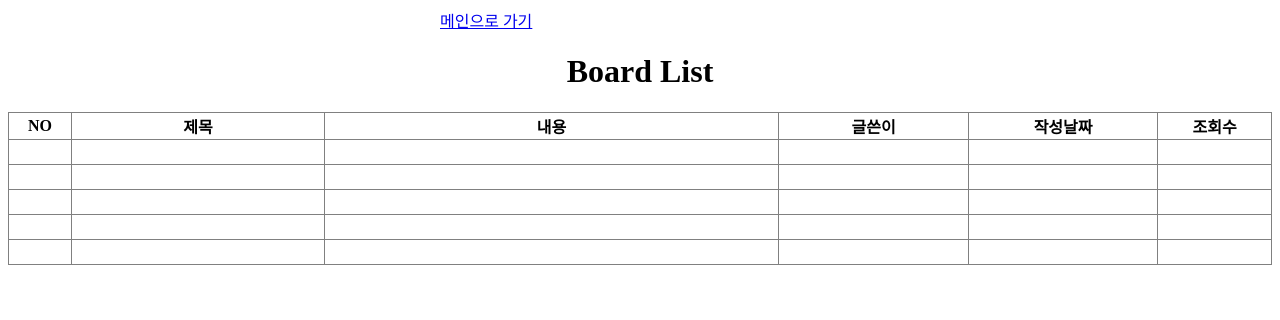
Repository: ByeonYJ/CSSTest
Page: GMSUI/WebContent/board/board_list.html
An editor plug-in stored every save of this project. The page is shown before and after the next save, followed by the edit.
The browser window is 1280 px wide. The pictures show the whole page.

Above is the page before, as saved 2017-07-20 05:33:46.

### GMSUI/WebContent/board/board_list.html
<!DOCTYPE html>
<html>
<head>
<meta charset="UTF-8">
<title>Insert title here</title>
<style>
.text-center{text-align: center;}
.border-black{border: 1px solid black;}
.width-30pro{width:30%}
.text-deco-none{text-decoration: none;}
.table-border{border-collapse: collapse;}
.margin-auto{margin:0 auto;}
.list-none{list-style-type:none;}
.inline-block{display:inline-block}
.bgcolor-yellow{background-color:yellow;}
.bgcolor-red{background-color:red;}
.bgcolor-blue{background-color:blue;}
</style>
</head>
<body>
<div id="container" class="margin-auto" style=" width: 400px">
<a href="..index.html"class="float-right">메인으로 가기</a><br/>
</div>
<h1 class="text-center">Board List</h1>
	<table border=1 class="table-border" style="width: 100%">
		<tr style="height: 25px;">
			<th class="text-center" style="width: 5%">NO</th>
			<th class="text-center" style="width: 20%">제목</th>
			<th class="text-center" style="width: 36%">내용</th>
			<th class="text-center" style="width: 15%">글쓴이</th>
			<th class="text-center" style="width: 15%">작성날짜</th>
			<th class="text-center" style="width: 9%">조회수</th>
		</tr>
		<tr style="height: 25px;">
			<td></td>
			<td></td>
			<td></td>
			<td></td>
			<td></td>
			<td></td>
		</tr>
		<tr style="height: 25px;">
			<td></td>
			<td></td>
			<td></td>
			<td></td>
			<td></td>
			<td></td>
		</tr>
		<tr style="height: 25px;">
			<td></td>
			<td></td>
			<td></td>
			<td></td>
			<td></td>
			<td></td>
		</tr>
		<tr style="height: 25px;">
			<td></td>
			<td></td>
			<td></td>
			<td></td>
			<td></td>
			<td></td>
		</tr >
		<tr style="height: 25px;">
			<td></td>
			<td></td>
			<td></td>
			<td></td>
			<td></td>
			<td></td>
		</tr>
	</table>
</body>
</html>

### GMSUI/WebContent/css/common.css
@CHARSET "UTF-8";
.gms-text-center{text-align: center;}
.gms-border-black{border: 1px solid black;}
.gms-width-30pro{width:30%}
.gms-text-deco-none{text-decoration: none;}
.gms-table-border{border-collapse: collapse;}
.gms-margin-auto{margin:0 auto;}
.gms-list-none{list-style-type:none;}
.gms-inline-block{display:inline-block}
.gms-bgcolor-yellow{background-color:yellow;}
.gms-bgcolor-red{background-color:red;}
.gms-bgcolor-blue{background-color:blue;}

After the next save:
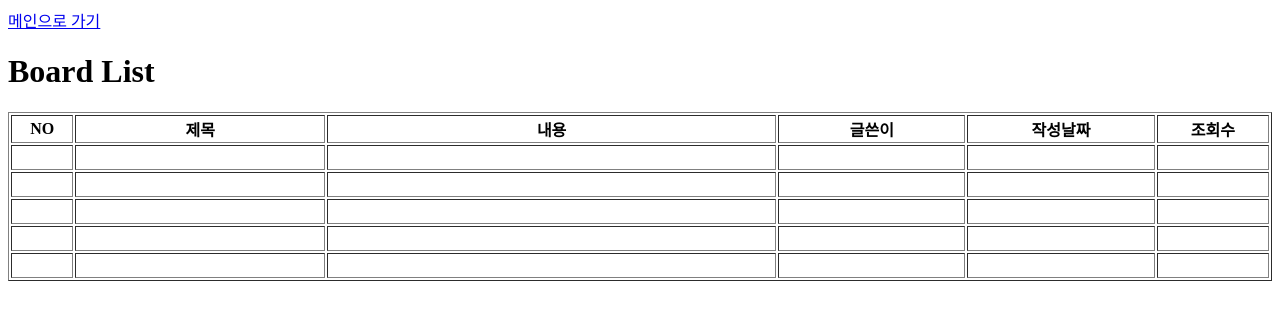
Saved 11 s later.
--- a/GMSUI/WebContent/board/board_list.html
+++ b/GMSUI/WebContent/board/board_list.html
@@ -4,17 +4,7 @@
 <meta charset="UTF-8">
 <title>Insert title here</title>
 <style>
-.text-center{text-align: center;}
-.border-black{border: 1px solid black;}
-.width-30pro{width:30%}
-.text-deco-none{text-decoration: none;}
-.table-border{border-collapse: collapse;}
-.margin-auto{margin:0 auto;}
-.list-none{list-style-type:none;}
-.inline-block{display:inline-block}
-.bgcolor-yellow{background-color:yellow;}
-.bgcolor-red{background-color:red;}
-.bgcolor-blue{background-color:blue;}
+@IMPORT url("css/common.css");
 </style>
 </head>
 <body>
